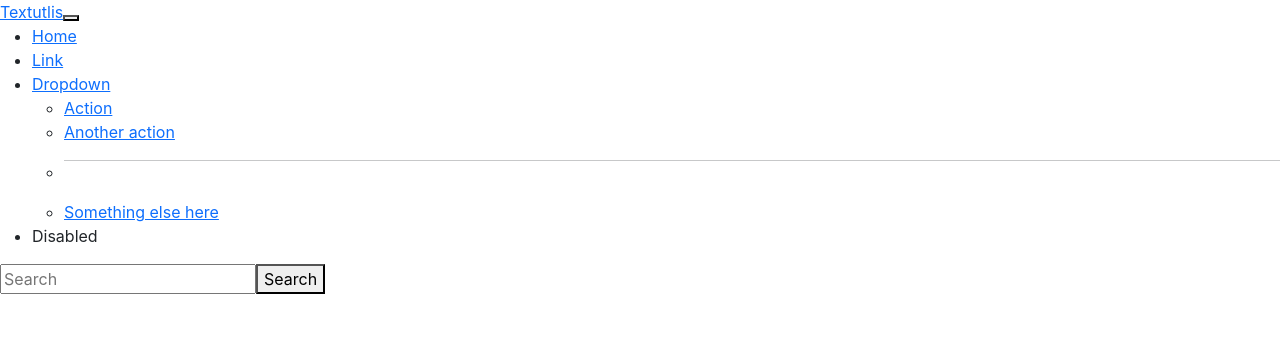
Repository: Aastha1035/React.navbar
Page: /
The author's editor kept a copy of each file at every save. The page is drawn from the files as they stood at one save, then again after a run of saves.
The browser window is 1280 px wide. The pictures show the whole page.
The project was rebuilt for these pictures with package versions that can differ from the ones it lists, and the page was loaded fresh each time. Also part of the build but not shown: src/App.css.

Above is the page before, as saved 2024-07-04 13:45:01.

### public/index.html
<!DOCTYPE html>
<html lang="en">
  <head>
    <meta charset="utf-8" />
    <link rel="icon" href="%PUBLIC_URL%/favicon.ico" />
    <meta name="viewport" content="width=device-width, initial-scale=1" />
    <meta name="theme-color" content="#000000" />
    <meta
      name="description"
      content="Web site created using create-react-app"
    />
    <link rel="apple-touch-icon" href="%PUBLIC_URL%/logo192.png" />
    <!--
      manifest.json provides metadata used when your web app is installed on a
      user's mobile device or desktop. See https://developers.google.com/web/fundamentals/web-app-manifest/
    -->
    <link rel="manifest" href="%PUBLIC_URL%/manifest.json" />
    <!--
      Notice the use of %PUBLIC_URL% in the tags above.
      It will be replaced with the URL of the `public` folder during the build.
      Only files inside the `public` folder can be referenced from the HTML.

      Unlike "/favicon.ico" or "favicon.ico", "%PUBLIC_URL%/favicon.ico" will
      work correctly both with client-side routing and a non-root public URL.
      Learn how to configure a non-root public URL by running `npm run build`.
    -->
    <link href="https://cdn.jsdelivr.net/npm/bootstrap@5.3.3/dist/css/bootstrap.min.css" rel="stylesheet" integrity="sha384-QWTKZyjpPEjISv5WaRU9OFeRpok6YctnYmDr5pNlyT2bRjXh0JMhjY6hW+ALEwIH" crossorigin="anonymous">
    <title>React App</title>
  </head>
  <body>
    <noscript>You need to enable JavaScript to run this app.</noscript>
    <div id="root"></div>
    <!--
      This HTML file is a template.
      If you open it directly in the browser, you will see an empty page.

      You can add webfonts, meta tags, or analytics to this file.
      The build step will place the bundled scripts into the <body> tag.

      To begin the development, run `npm start` or `yarn start`.
      To create a production bundle, use `npm run build` or `yarn build`.
    -->
    <script src="https://cdn.jsdelivr.net/npm/bootstrap@5.3.3/dist/js/bootstrap.bundle.min.js"
    integrity="sha384-YvpcrYf0tY3lHB60NNkmXc5s9fDVZLESaAA55NDzOxhy9GkcIdslK1eN7N6jIeHz"
    crossorigin="anonymous"></script>
  </body>
</html>

### src/App.js

import './App.css';

function App() {
  return (
    <>
   <nav classname="navbar navbar-expand-lg bg-body-tertiary">
  <div classname="container-fluid">
    <a classname="navbar-brand" href="/">Textutlis</a>
    <button classname="navbar-toggler" type="button" data-bs-toggle="collapse" data-bs-target="#navbarSupportedContent" aria-controls="navbarSupportedContent" aria-expanded="false" aria-label="Toggle navigation">
      <span classname="navbar-toggler-icon"></span>
    </button>
    <div classname="collapse navbar-collapse" id="navbarSupportedContent">
      <ul classname="navbar-nav me-auto mb-2 mb-lg-0">
        <li classname="nav-item">
          <a classname="nav-link active" aria-current="page" href="/">Home</a>
        </li>
        <li classname="nav-item">
          <a classname="nav-link" href="/">Link</a>
        </li>
        <li classname="nav-item dropdown">
          <a classname="nav-link dropdown-toggle" href="/" role="button" data-bs-toggle="dropdown" aria-expanded="false">
            Dropdown
          </a>
          <ul classname="dropdown-menu">
            <li><a classname="dropdown-item" href="/">Action</a></li>
            <li><a classname="dropdown-item" href="/">Another action</a></li>
            <li><hr classname="dropdown-divider"/></li>
            <li><a classname="dropdown-item" href="/">Something else here</a></li>
          </ul>
        </li>
        <li classname="nav-item">
          <a classname="nav-link disabled" aria-disabled="true">Disabled</a>
        </li>
      </ul>
      <form classname="d-flex" role="search">
        <input classname="form-control me-2" type="search" placeholder="Search" aria-label="Search"/>
        <button classname="btn btn-outline-success" type="submit">Search</button>
      </form>
    </div>
  </div>
</nav>
  </>
  );
}

export default App;

### src/components/Navbar.js
import React from 'react'

export default function Navbar() {
  return (
    <div>
      Hello i am navbar
    </div>
  )
}

Loaded but not shown: src/index.js (common file); src/index.css (common file); src/reportWebVitals.js (common file)

After the next 3 saves:
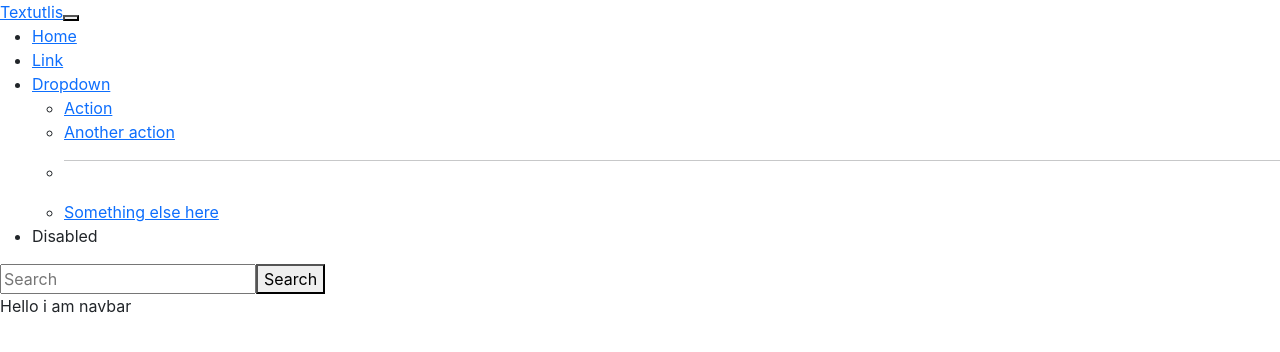
The 3 saves are shown as one change because 2 did not build or start.
The last was saved 4 min 30 s later.
--- a/src/App.js
+++ b/src/App.js
@@ -1,6 +1,6 @@
 
 import './App.css';
-
+import Navbar from './components/Navbar';
 function App() {
   return (
     <>
@@ -40,6 +40,7 @@
     </div>
   </div>
 </nav>
+<Navbar></Navbar>
   </>
   );
 }
